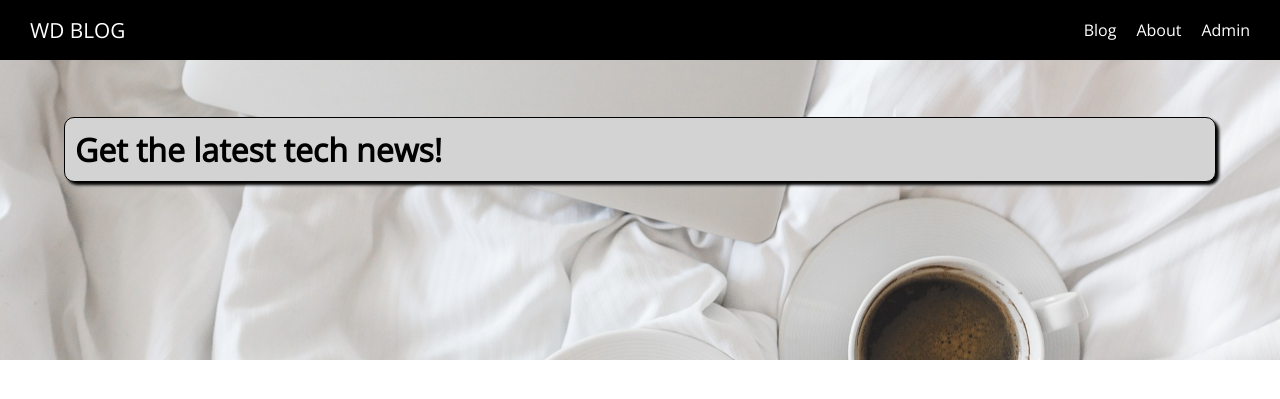
Repository: Nookeey/nuxt-01
Page: /
The author's editor kept a copy of each file at every save. The page is drawn from the files as they stood at one save, then again after the next save.
The browser window is 1280 px wide. The pictures show the whole page.
The project was rebuilt for these pictures with package versions that can differ from the ones it lists, and the page was loaded fresh each time. The framework's server and built-in components were replaced by stand-ins that run in the browser. Also part of the build but not shown: nuxt.config.js. Imported but missing from the stored project, and not drawn on this page: components/UI/AppControlInput.

Above is the page before, as saved 2019-02-27 14:23:45.
Console error: TypeError: callback is not a function

After the next save:
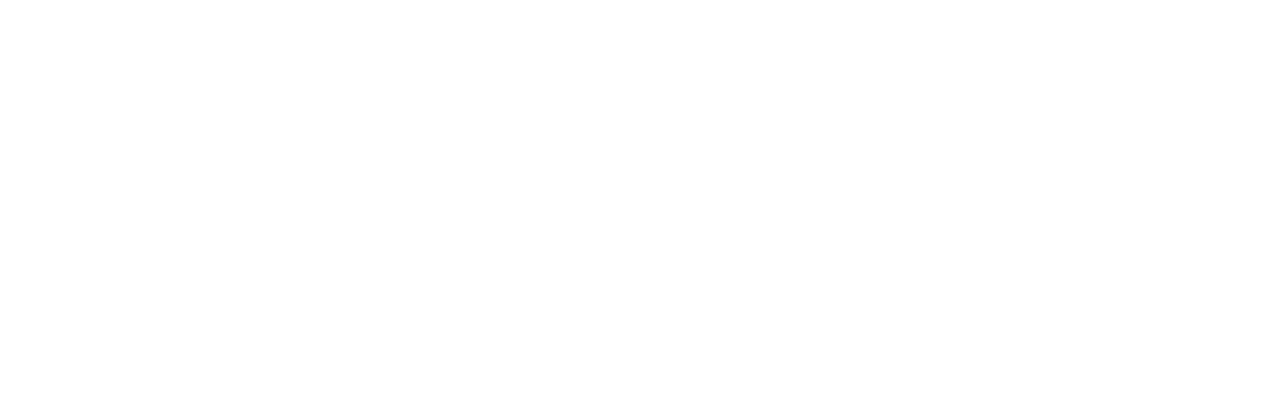
Console error (its wording comes from the project's code and is left out).
Saved 102 s later.
--- a/pages/index.vue
+++ b/pages/index.vue
@@ -15,8 +15,11 @@
     PostList
   },
   asyncData(context, callback) {
+    return new Promise().catch(e => {
+      context.error(new Error())
+    })
     setTimeout(() => {
-      callback(new Error(), {
+      callback(null, {
         loadedPosts: [
           {
             id: '1',

After the save that followed:
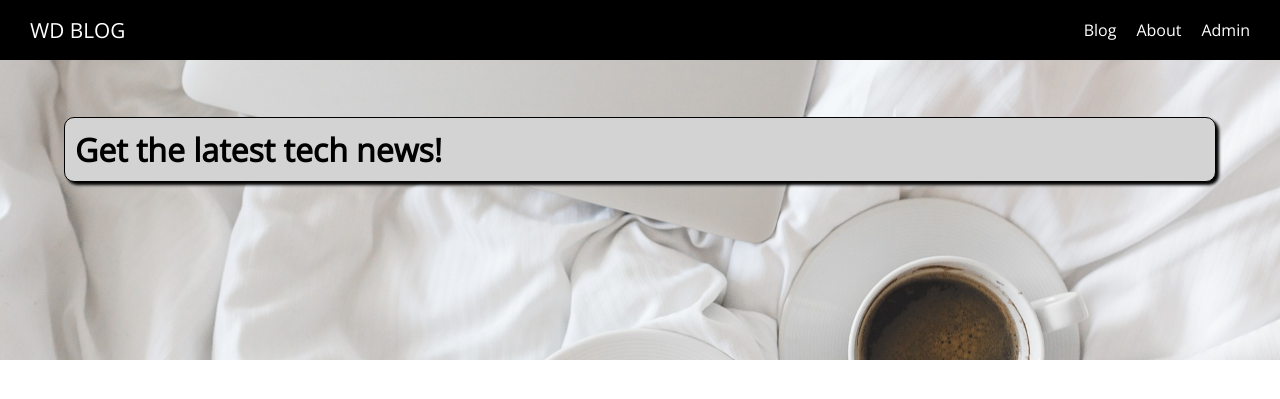
The error is gone.
Saved 3 min 15 s later.
--- a/pages/index.vue
+++ b/pages/index.vue
@@ -15,27 +15,28 @@
     PostList
   },
   asyncData(context, callback) {
-    return new Promise().catch(e => {
+    return new Promise((resolve, reject) => {
+      setTimeout(() => {
+        resolve({
+          loadedPosts: [
+            {
+              id: '1',
+              title: 'First Post',
+              previewText: 'This is our first post!',
+              thumbnail: 'https://www.homage.sg/wp-content/uploads/2018/09/47724337_l-1080x675.jpg'
+            },
+            {
+              id: '2',
+              title: 'Second Post',
+              previewText: 'This is our second post!',
+              thumbnail: 'https://www.homage.sg/wp-content/uploads/2018/09/47724337_l-1080x675.jpg'
+            }
+          ]
+        })
+      }, 1000);
+    }).catch(e => {
       context.error(new Error())
     })
-    setTimeout(() => {
-      callback(null, {
-        loadedPosts: [
-          {
-            id: '1',
-            title: 'First Post',
-            previewText: 'This is our first post!',
-            thumbnail: 'https://www.homage.sg/wp-content/uploads/2018/09/47724337_l-1080x675.jpg'
-          },
-          {
-            id: '2',
-            title: 'Second Post',
-            previewText: 'This is our second post!',
-            thumbnail: 'https://www.homage.sg/wp-content/uploads/2018/09/47724337_l-1080x675.jpg'
-          }
-        ]
-      })
-    }, 1500);
   },
   // data() {
   //   return {
